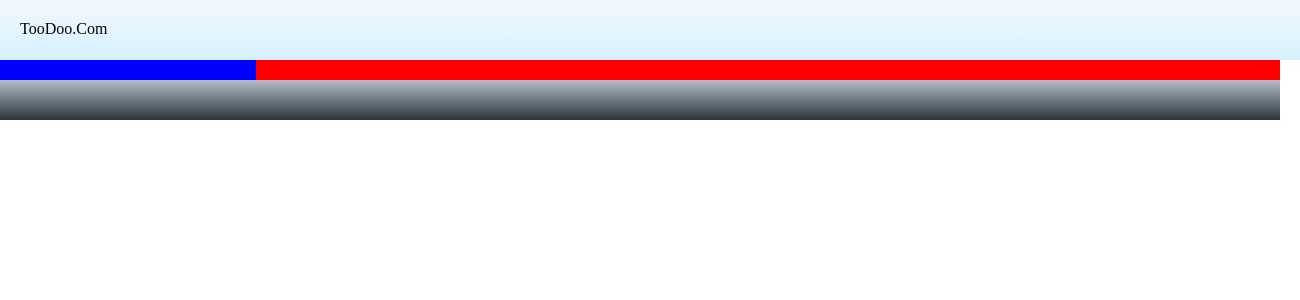
Repository: pleanoma/TooDoo
Page: http://localhost/TooDoo/Home.jsp
An editor plug-in stored every save of this project. The page is shown before and after the next save, followed by the edit.
The browser window is 1280 px wide. The page is 1300 px wide, so the pictures cover 1300 px, including what lies to the right of the window. The pictures show the whole page.
The page is served by Tomcat 9.

Above is the page before, as saved 2013-11-27 08:06:01.

After the next save:
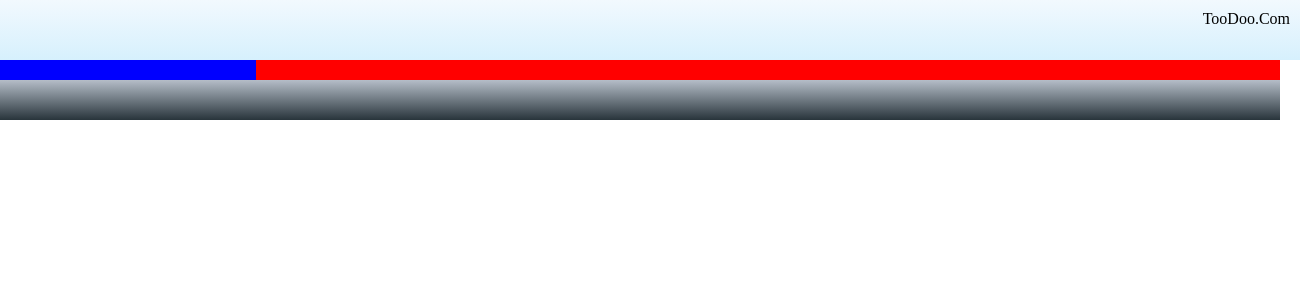
Saved 17 s later.
--- a/TooDoo/WebContent/Home.jsp
+++ b/TooDoo/WebContent/Home.jsp
@@ -9,7 +9,7 @@
 </head>
 <body>
 	<div id="header">
-		<div class="box-txt">
+		<div class="userdetail">
 			TooDoo.Com
 		</div>
 	</div>
